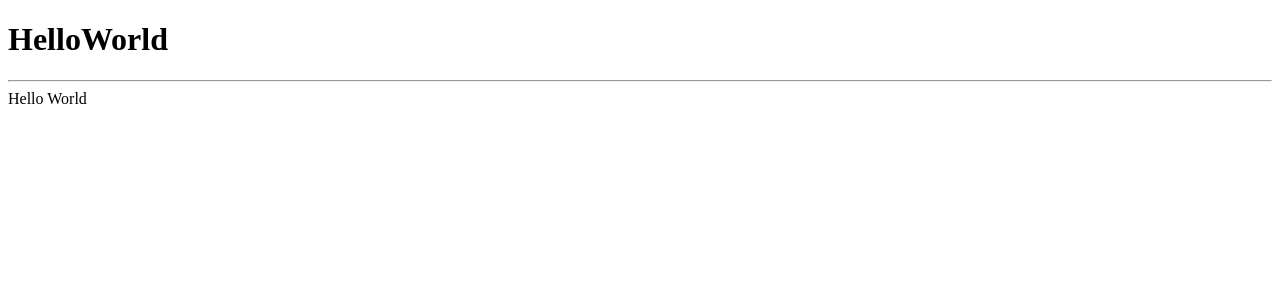
Repository: 13982720426/vue2.0-LearningNotes
Page: example/v-if.html
An editor plug-in stored every save of this project. The page is shown before and after the next save, followed by the edit.
The browser window is 1280 px wide. The pictures show the whole page.

Above is the page before, as saved 2021-06-16 20:59:09.

### example/v-if.html
<!DOCTYPE html>
<html lang="en">
  <head>
    <meta charset="UTF-8" />
    <meta http-equiv="X-UA-Compatible" content="IE=edge" />
    <meta name="viewport" content="width=device-width, initial-scale=1.0" />
    <title>HelloWord</title>
    <script type="text/javascript" src="../assets/js/vue.js"></script>
  </head>
  <body>
    <h1>HelloWorld</h1>
    <hr />
    <div id="app">{{message}}</div>
    <script type="text/javascript">
      var app = new Vue({
        el: '#app',
        data: {
          message: 'Hello World',
        },
      });
    </script>
  </body>
</html>

Loaded but not shown: assets/js/vue.js (library)

After the next save:
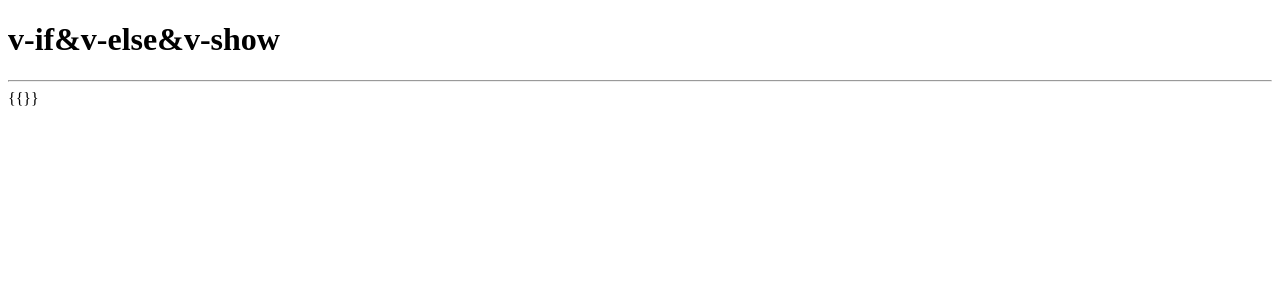
Saved 35 s later.
--- a/example/v-if.html
+++ b/example/v-if.html
@@ -4,19 +4,17 @@
     <meta charset="UTF-8" />
     <meta http-equiv="X-UA-Compatible" content="IE=edge" />
     <meta name="viewport" content="width=device-width, initial-scale=1.0" />
-    <title>HelloWord</title>
+    <title>v-if&v-else&v-show</title>
     <script type="text/javascript" src="../assets/js/vue.js"></script>
   </head>
   <body>
-    <h1>HelloWorld</h1>
+    <h1>v-if&v-else&v-show</h1>
     <hr />
-    <div id="app">{{message}}</div>
+    <div id="app">{{}}</div>
     <script type="text/javascript">
       var app = new Vue({
         el: '#app',
-        data: {
-          message: 'Hello World',
-        },
+        data: {},
       });
     </script>
   </body>
